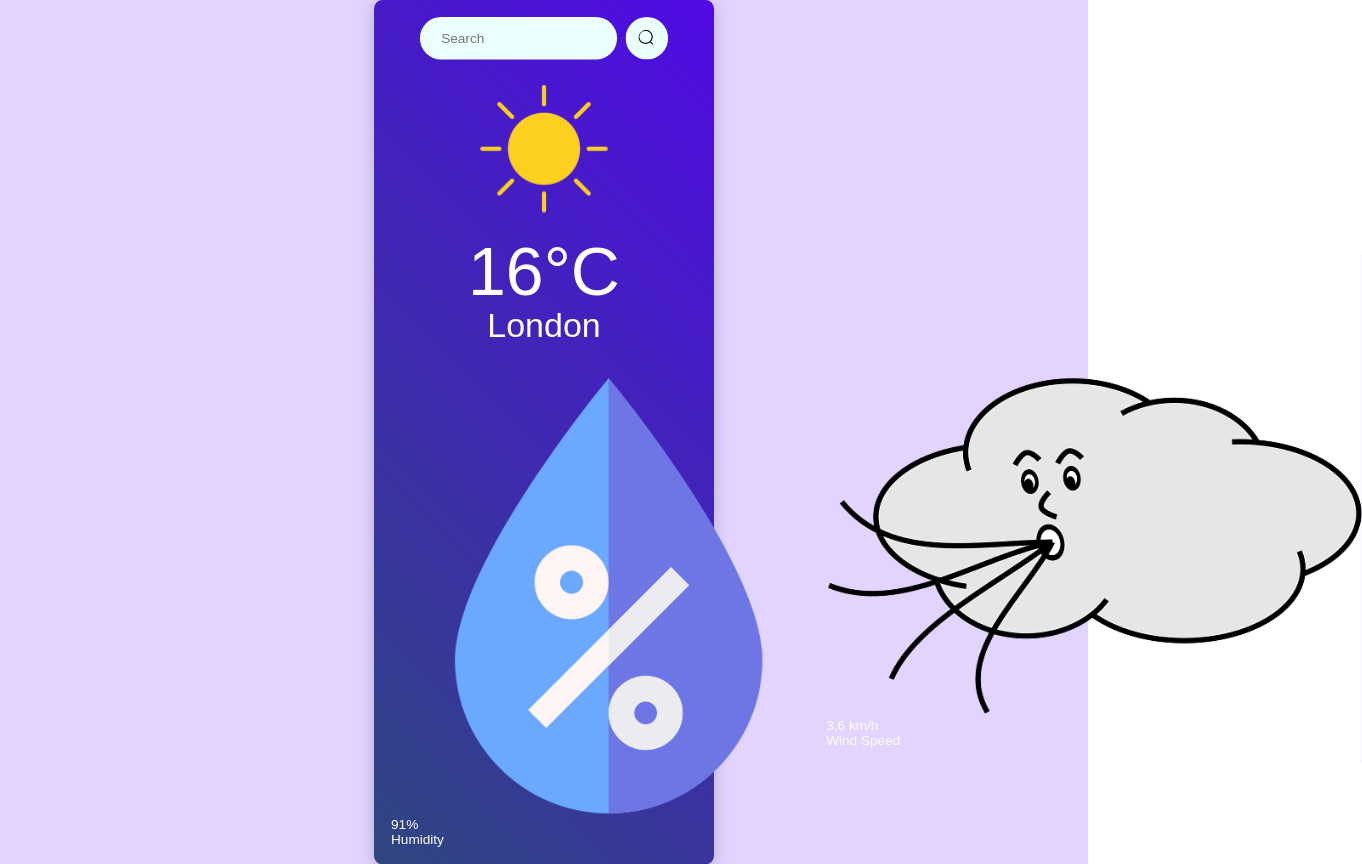
Repository: wakoya-tech/wheather-app
Page: /
These files come from the project's save history. The page is drawn as it stood at one moment and after the next save; the edit follows.
The browser window is 1280 px wide. The page is 1602 px wide, so the pictures cover 1602 px, including what lies to the right of the window. The pictures show the whole page, at 85% of full size.
The project was rebuilt for these pictures with package versions that can differ from the ones it lists, and the page was loaded fresh each time. Also part of the build but not shown: vite.config.js, src/App.css.

Above is the page before, as saved 2025-10-18 21:29:22.

After the next save:
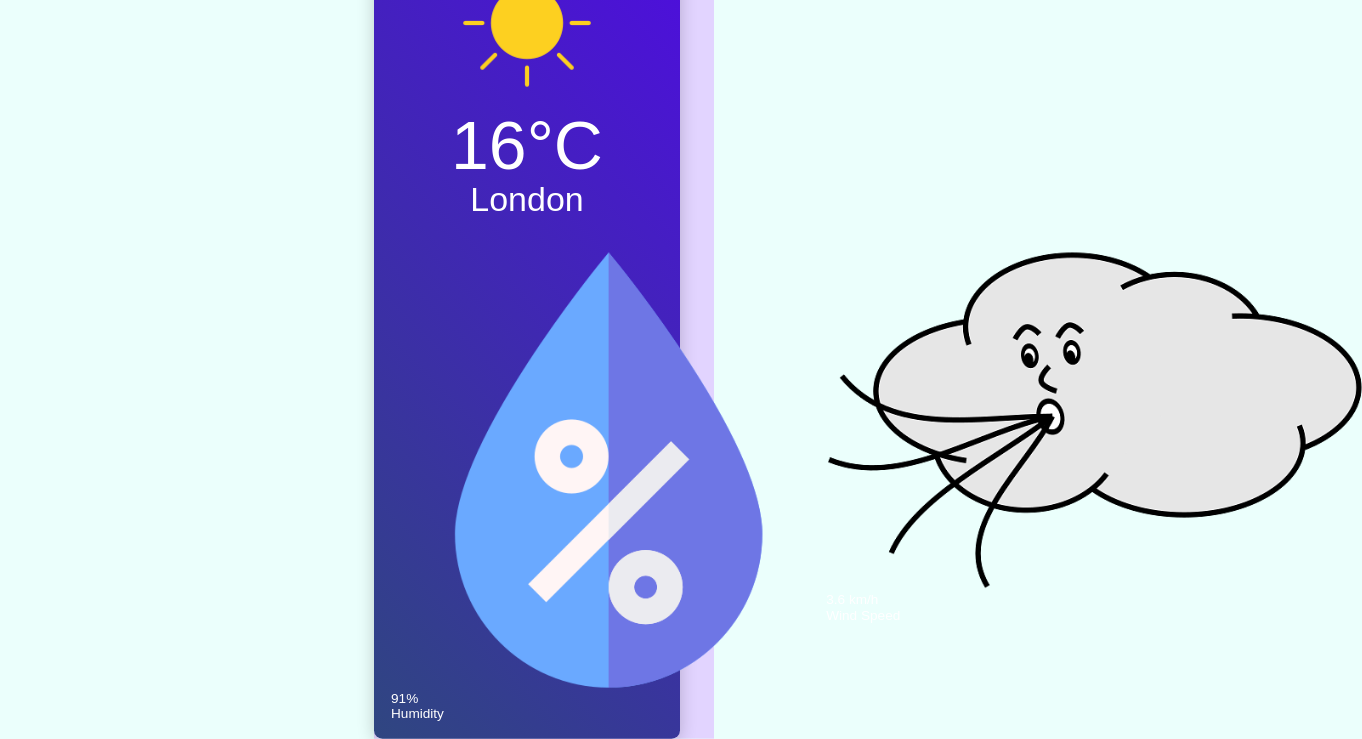
Saved 51 s later.
--- a/src/Components/Weather.css
+++ b/src/Components/Weather.css
@@ -1,7 +1,16 @@
-.weather{
+/* App.css */
+body {
+    margin: 0;
+    height: 100vh;
+    display: flex;
+    justify-content: center;
+    align-items: center;
+    background: #ebfffc;
+  }
+
+  .weather {
+    width: 90%;
     max-width: 400px;
-    width: 90%;
-    place-self: center;
     padding: 20px;
     border-radius: 10px;
     background-image: linear-gradient(45deg, #2f4680, #500ae4);
@@ -9,8 +18,8 @@
     flex-direction: column;
     align-items: center;
     box-shadow: 0 4px 20px rgba(0, 0, 0, 0.2);
+  }
 
-}
 .search-bar{
     display: flex;
     align-items: center;
